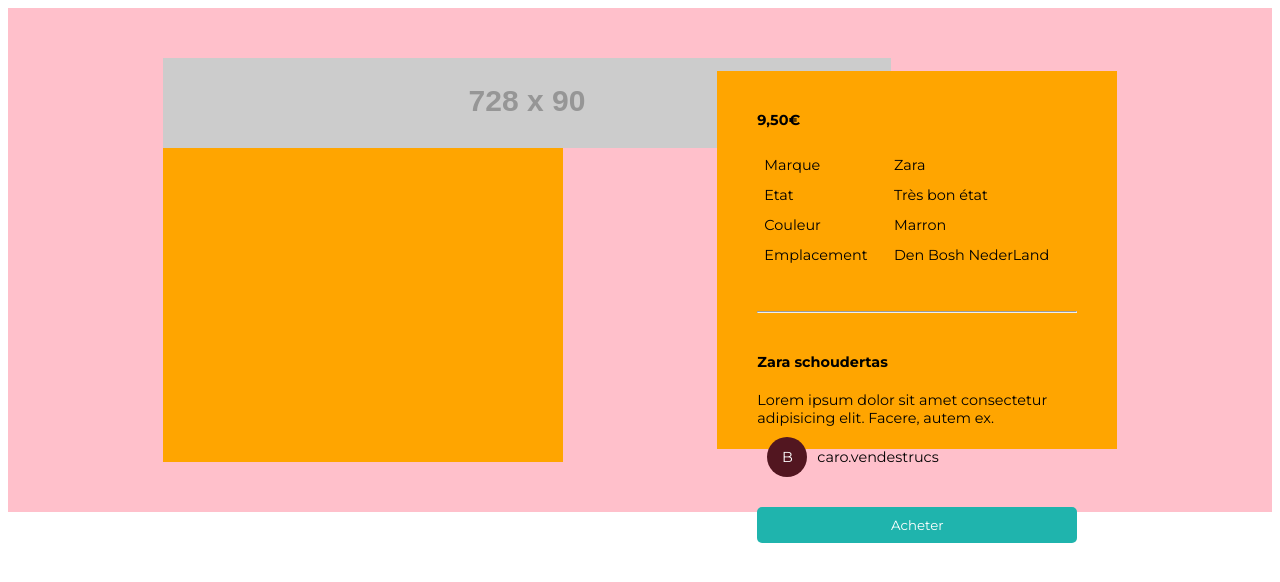
Repository: mel-in-a/vinted-front-clone
Page: html/offer.html
The author's editor kept a copy of each file at every save. The page is drawn from the files as they stood at one save, then again after a run of saves.
The browser window is 1280 px wide. The pictures show the whole page.

Above is the page before, as saved 2021-07-29 16:57:00.

### html/offer.html
<!DOCTYPE html>
<html lang="en">
  <head>
    <meta charset="UTF-8" />
    <meta http-equiv="X-UA-Compatible" content="IE=edge" />
    <meta name="viewport" content="width=device-width, initial-scale=1.0" />
    <link rel="preconnect" href="https://fonts.googleapis.com" />
    <link rel="preconnect" href="https://fonts.gstatic.com" crossorigin />
    <link
      href="https://fonts.googleapis.com/css2?family=Montserrat:wght@100;200;300;400;500;600;700;800;900&display=swap"
      rel="stylesheet"
    />
    <link rel="stylesheet" href="/offer.css" />
    <title>Document</title>
  </head>
  <body>
    <div class="offer">
      <div class="left"><img src="https://via.placeholder.com/728x90.png" alt=""></div>
      <div class="right">
        <div class="price">9,50€</div>

        <table>
          <tr>
            <td>Marque</td>
            <td>Zara</td>
          </tr>
          <tr>
            <td>Etat</td>
            <td>Très bon état</td>
          </tr>
          <tr>
            <td>Couleur</td>
            <td>Marron</td>
          </tr>
          <tr>
            <td>Emplacement</td>
            <td>Den Bosh NederLand</td>
          </tr>
        </table>

        <hr />
        <div class="title">Zara schoudertas</div>
        <div class="description">
          Lorem ipsum dolor sit amet consectetur adipisicing elit. Facere, autem
          ex.
        </div>
        <div class="horizontal">
          <div class="avatar">B</div>
          <div class="username">caro.vendestrucs</div>
        </div>

        <button class="btn-buy">Acheter</button>
      </div>
    </div>
  </body>
</html>

### html/offer.css
* {
  font-family: "Montserrat", sans-serif;
}
.offer {
  width: 100%;
  display: flex;
  background-color: pink;
  height: 70vh;
  justify-content: space-evenly;
  align-items: center;
  flex-shrink: 0;
}

.offer .left,
.offer .right {
  width: 400px;
  background-color: orange;
}
.offer .left {
  height: 80%;
}
.offer .right {
  height: 75%;
  padding: 40px;
  box-sizing: border-box;
  font-size: 0.9rem;
}

.offer .horizontal {
  display: flex;
  flex-direction: row;
  /* justify-content: space-between; */
  align-items: center;
}

.offer table {
  width: 100%;
}

.offer td {
  padding: 5px;
}
.offer hr {
  margin: 40px 0;
}

.offer .title {
  font-weight: 700;
  margin-bottom: 20px;
}

.offer .price {
  font-weight: 700;
  margin-bottom: 20px;
}

.offer .avatar {
  width: 40px;
  height: 40px;
  border-radius: 50%;
  margin: 10px;
  background-color: rgb(82, 22, 32);
  text-align: center;

  color: white;
  vertical-align: middle;
  line-height: 40px;
}

.offer .btn-buy {
  margin-top: 20px;
  border-radius: 5px;
  background-color: rgb(31, 180, 173);
  width: 100%;
  padding: 10px;
  border: none;
  color: white;
}

After the next 2 saves:
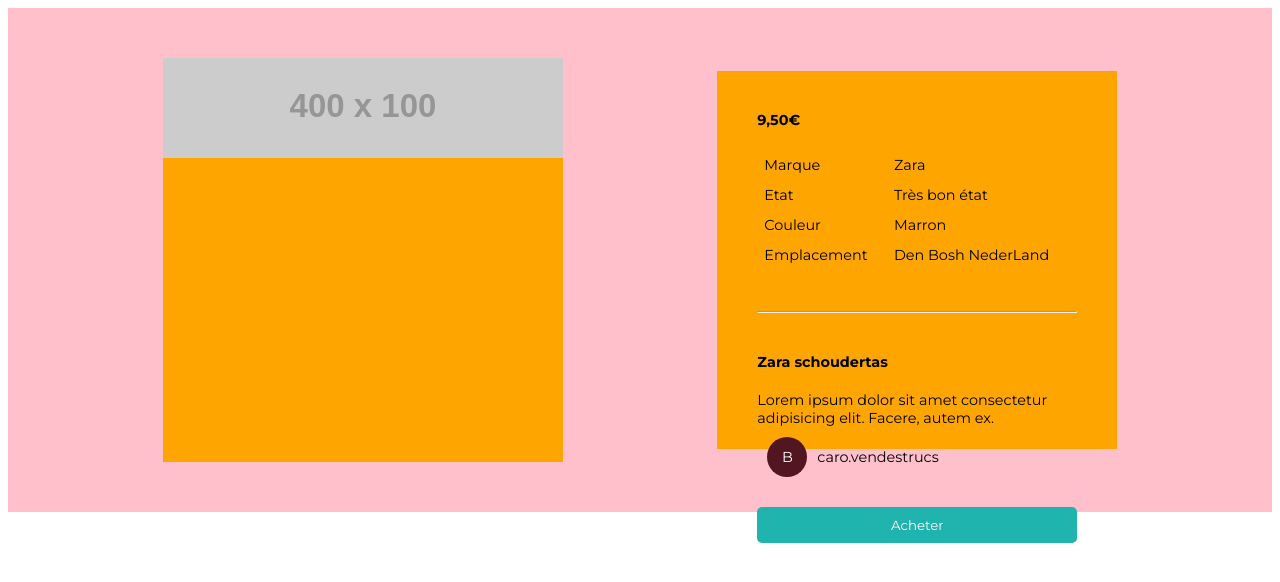
The 2 saves are shown as one change because they came seconds apart.
The last was saved 12 s later.
--- a/html/offer.html
+++ b/html/offer.html
@@ -15,7 +15,7 @@
   </head>
   <body>
     <div class="offer">
-      <div class="left"><img src="https://via.placeholder.com/728x90.png" alt=""></div>
+      <div class="left"><img src="https://via.placeholder.com/400x100.png" alt=""></div>
       <div class="right">
         <div class="price">9,50€</div>
 
